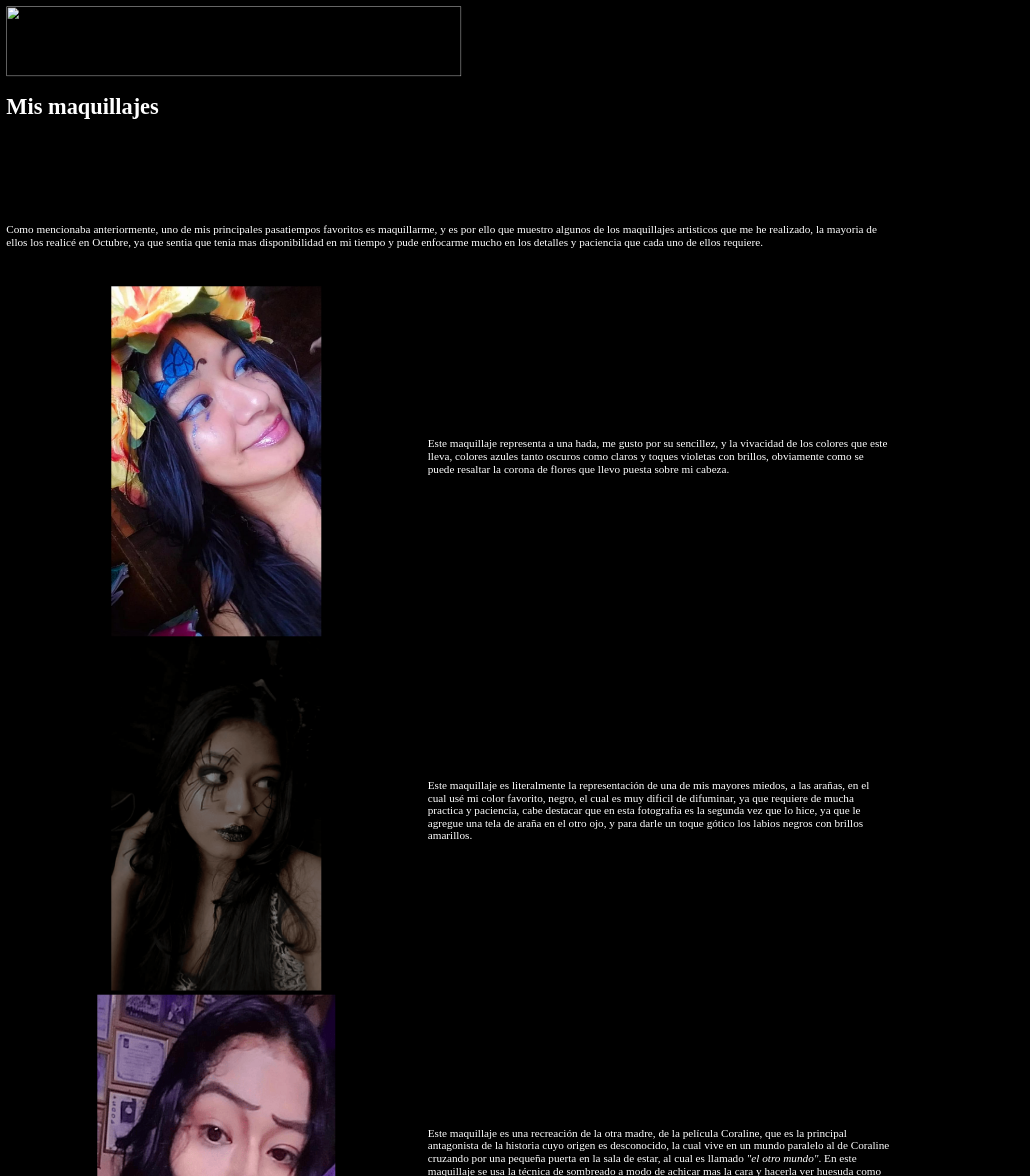
Repository: darlyn-saravia27/portafolio-darlynsaravia
Page: archivoshtml/maquillaje.html
These files come from the project's save history. The page is drawn as it stood at one moment and after the next save; the edit follows.
The browser window is 1280 px wide. The page is 1280 px wide, then 1472 px, so the pictures cover 1472 px, including what lies to the right of the window. The pictures show the part of the page from y = 0 to 1680 px (the page is 4976 px tall before and 4909 px after), at 70% of full size.

Above is the page before, as saved 2023-03-08 04:15:51.
Not found: archivoshtml/makeup1.png

After the next save:
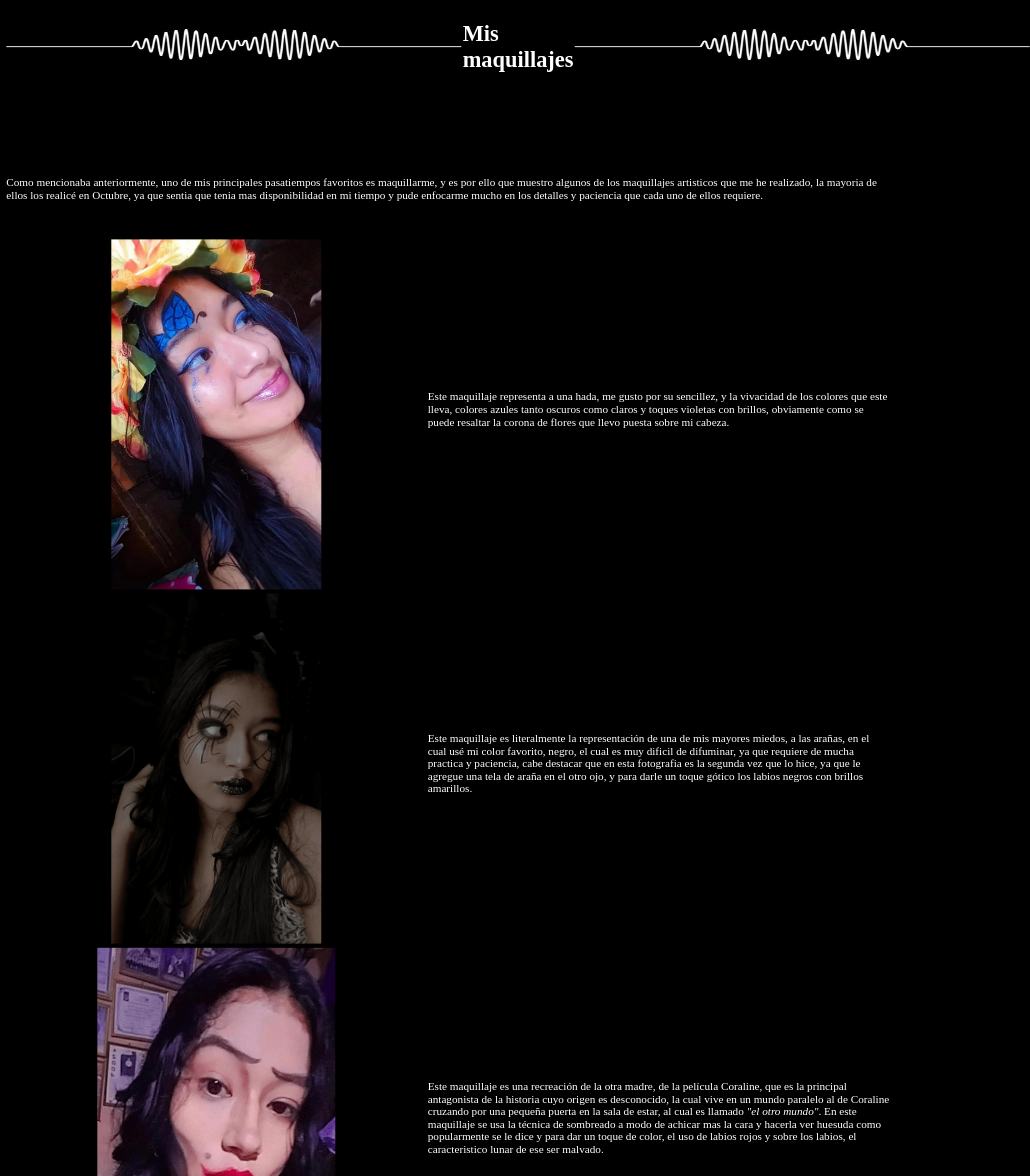
Saved 69 s later.
--- a/archivoshtml/maquillaje.html
+++ b/archivoshtml/maquillaje.html
@@ -10,8 +10,13 @@
     <table align="center" cellspacing="0" width="100%">
         <tr>
             <td>
-                <img src="makeup1.png" width="650px" height="100">
+                <img src="_ (6).png" width="650px" height="100">
+            </td>
+            <td>
                 <h1><font color="white">Mis maquillajes</font></h1>
+            </td>
+            <td>
+                <img src="_ (6).png" width="650px" height="100px">
             </td>
         </tr>
     </table>
